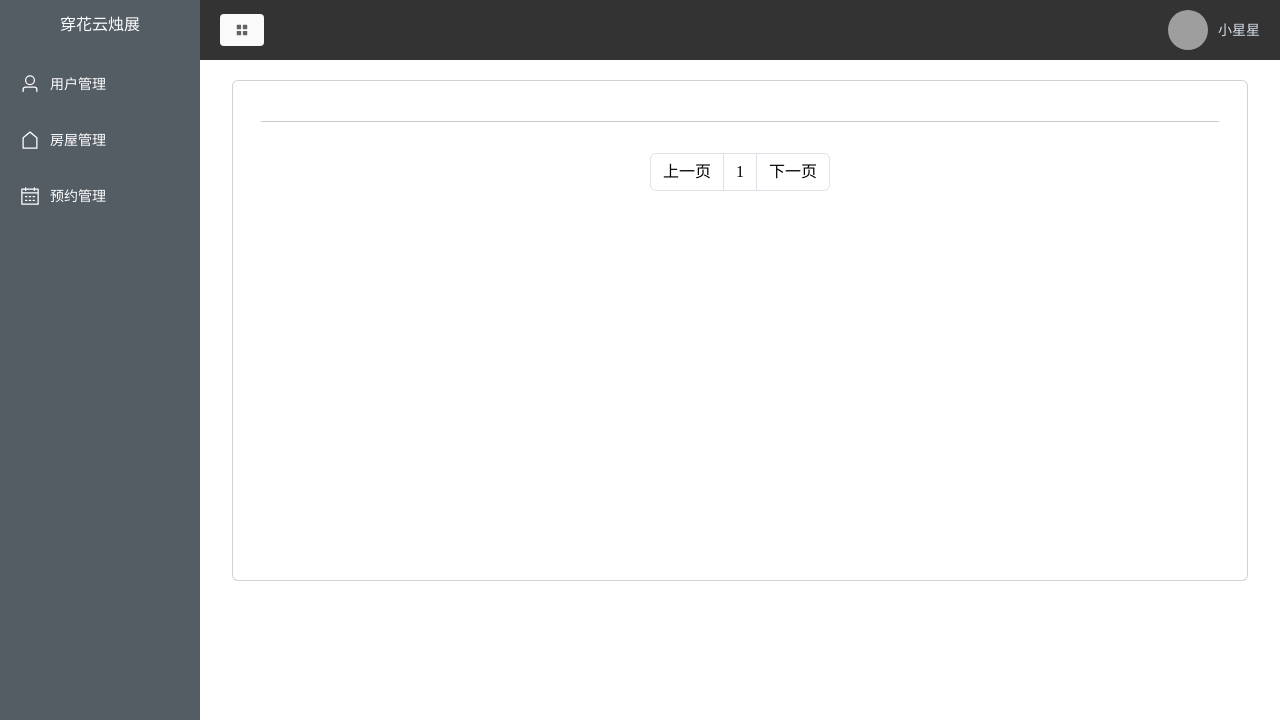
Repository: 3403784285-lucky/test-vue-big
Page: /manager-layout
These files come from the project's save history. The page is drawn as it stood at one moment and after the next save; the edit follows.
The browser window is 1280 px wide. The pictures show the whole page.
Pictures or frames that could not be fetched are drawn as grey boxes. The page's requests for data from a server got no answer. The project was rebuilt for these pictures with package versions that can differ from the ones it lists, and the page was loaded fresh each time. No one was signed in, and anything a server would have sent is missing. Also part of the build but not shown: vite.config.js, src/components/HelloWorld.vue, src/components/WelcomeItem.vue, src/components/icons/IconDocumentation.vue, src/components/icons/IconTooling.vue, src/components/icons/IconEcosystem.vue, src/components/icons/IconCommunity.vue, src/components/icons/IconSupport.vue and 2 more. Imported but missing from the stored project, and not drawn on this page: src/views/user/UserPassword.vue.

Above is the page before, as saved 2024-06-22 11:38:46.

After the next save:
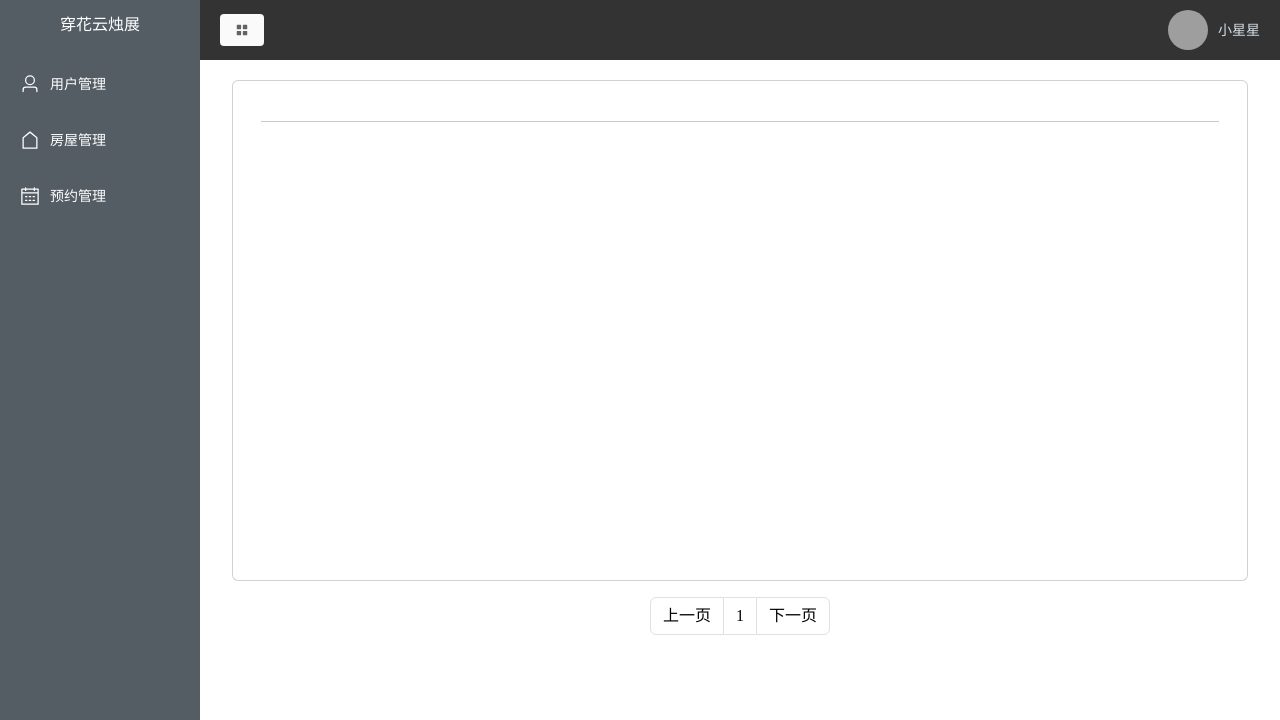
Saved 58 s later.
--- a/src/views/back/HouseManage.vue
+++ b/src/views/back/HouseManage.vue
@@ -65,7 +65,9 @@
         </div>
         <div class="split"></div>
       </div>
-      <nav aria-label="Page navigation example" class="test">
+
+    </div>
+    <nav aria-label="Page navigation example" class="test">
         <ul class="pagination justify-content-center">
           <li class="page-item">
             <a
@@ -87,7 +89,6 @@
           </li>
         </ul>
       </nav>
-    </div>
     <div
       class="modal fade"
       id="exampleModalHouse"
